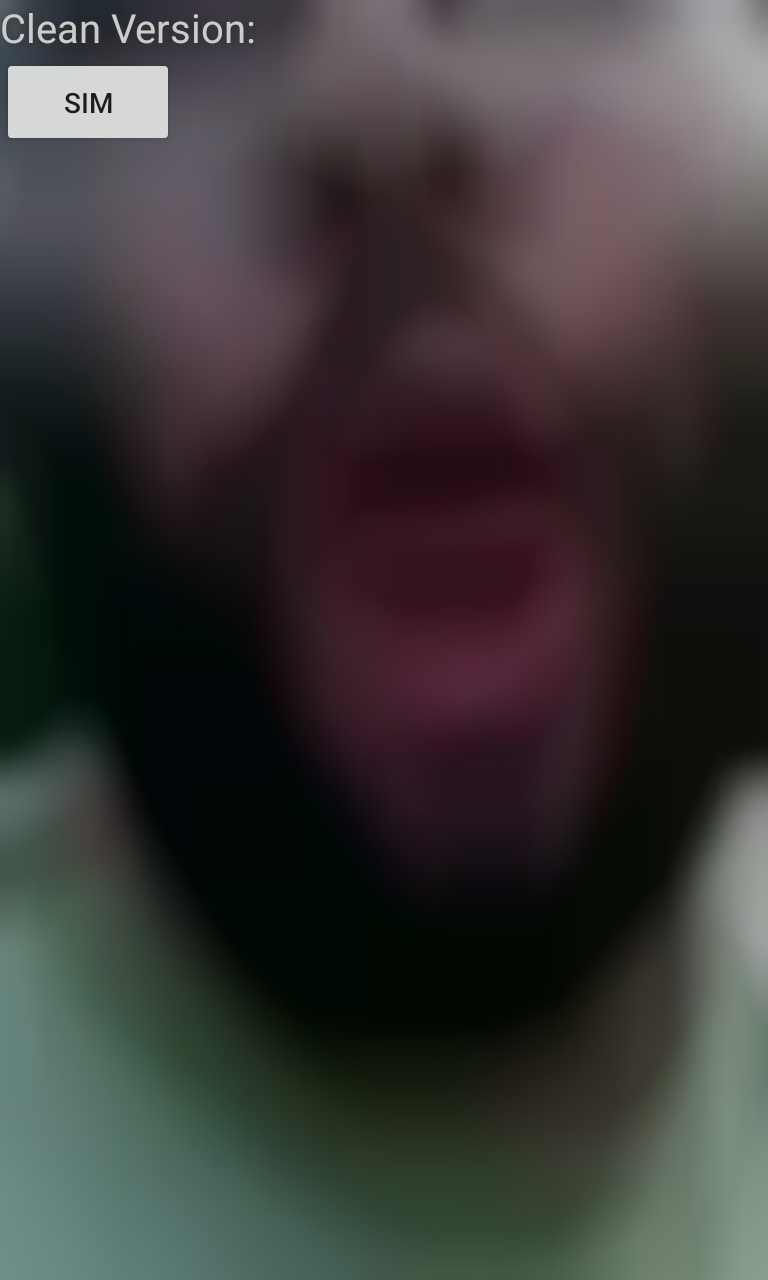
Repository: Cookahn/bioca_sounds
Layout: ChicoBiocaApp/res/layout/settings.xml
These files come from the project's save history. The layout is drawn as it stood at one moment and after the next save; the edit follows.
It is drawn on a 768 x 1280 px phone screen (xhdpi) without system bars, with theme AppTheme; the app's code is not run.

Above is the layout before, as saved 2014-08-13 03:04:16.

### ChicoBiocaApp/res/layout/settings.xml
<?xml version="1.0" encoding="utf-8"?>
<LinearLayout xmlns:android="http://schemas.android.com/apk/res/android"
    android:layout_width="match_parent"
    android:layout_height="match_parent"
    android:background="@drawable/backgroundtofuck"
    android:orientation="vertical" >

    <TextView
        android:layout_width="wrap_content"
        android:layout_height="wrap_content"
        android:shadowColor="#333"
        android:shadowDx="2"
        android:shadowDy="2"
        android:shadowRadius="6"
        android:text="@string/clean_version"
        android:textColor="#ccc"
        android:textSize="20sp" />

    <Button
        android:layout_width="wrap_content"
        android:layout_height="wrap_content"
        android:text="@string/sim"/>

</LinearLayout>

### ChicoBiocaApp/res/values/strings.xml
<?xml version="1.0" encoding="utf-8"?>
<resources>

    <string name="app_name">Chico Bioca Remix</string>
    <string name="are_you_ready">Está preparado para a melhor TRANSA da sua Vida?</string>
    <string name="action_settings">Settings</string>
    <string name="i_want_to_fuck">Quero Transá</string>
    <string name="suck_an_ass_and_pa">Chupe uns C# e Pá</string>
    <string name="clean_version">Clean Version:</string>
    <string name="sim">Sim</string>
    <string name="nao">Não</string>

    <!-- Bioca phrases -->
    <string name="i_want_to_know">Eu quero sabê</string>
    <string name="who_fuck">Quem é que transa</string>
    <string name="who_fuck_in_this_shit">Quem transa nessa porra</string>
    <string name="gluu">Gluuu</string>
    <string name="glooe">Gloooe</string>
    <string name="anal_sex">Sexo Anal</string>
    <string name="lh_smack">Lhlhlh smack</string>
    <string name="suck_an_ass">Chupá um cú</string>
    <string name="pa_and">Pá e sei que lá</string>
    <string name="have_sex">Transá mesmo</string>
    <string name="fuck_vagina">Comer vagina</string>
    <string name="everything">Tudo mais</string>
    <string name="i_dont_wanna_know">Quero nem saber nesse caraio</string>
    <string name="in_this_shit">Nessa porra</string>
    <string name="cool_tocacco">Um tabaco bem massa</string>
    <string name="for_us">Pra gente</string>
    <string name="pff">Pff</string>
    <string name="pff_pff">Pff Pfff</string>
    <string name="pff_pff_pff">Pf Pff Pfff</string>
    <string name="fuck_until">Fudê até o talo</string>
    <string name="aoe">Aeaoeaoeeae</string>

    <string-array name="phraseBioca">
        <item name="i_want_to_know">Quero sabê</item>
        <item name="who_fuck">Quem transa</item>
        <item name="who_fuck_in_this_shit">Transa nessa porra</item>
        <item name="gluu">Gluuu</item>
        <item name="glooe">Gloooe</item>
        <item name="anal_sex">Sexo Anal</item>
        <item name="lh_smack">Lhlhlh smack</item>
        <item name="suck_an_ass">Chupá um cú</item>
        <item name="pa_and">Sei que lá</item>
        <item name="have_sex">Transá mesmo</item>
        <item name="fuck_vagina">Comer vagina</item>
        <item name="everything">Tudo mais</item>
        <item name="i_dont_wanna_know">Quero nem sabê</item>
        <item name="in_this_shit">Nessa porra</item>
        <item name="cool_tocacco">Tabaco massa</item>
        <item name="for_us">Pra gente</item>
        <item name="pff">Pff</item>
   	    <item name="pff_pff">Pff Pfff</item>
        <item name="pff_pff_pff">Pf Pff Pfff</item>
        <item name="fuck_until">Fudê até</item>
        <item name="aoe">Aeaoe</item>
        <item name="aoe">Aeaoeaoeeae</item>

    </string-array>

</resources>

Loaded but not shown: ChicoBiocaApp/res/values/styles.xml (common file); ChicoBiocaApp/res/values-v11/styles.xml (common file); ChicoBiocaApp/res/values-v14/styles.xml (common file)

After the next save:
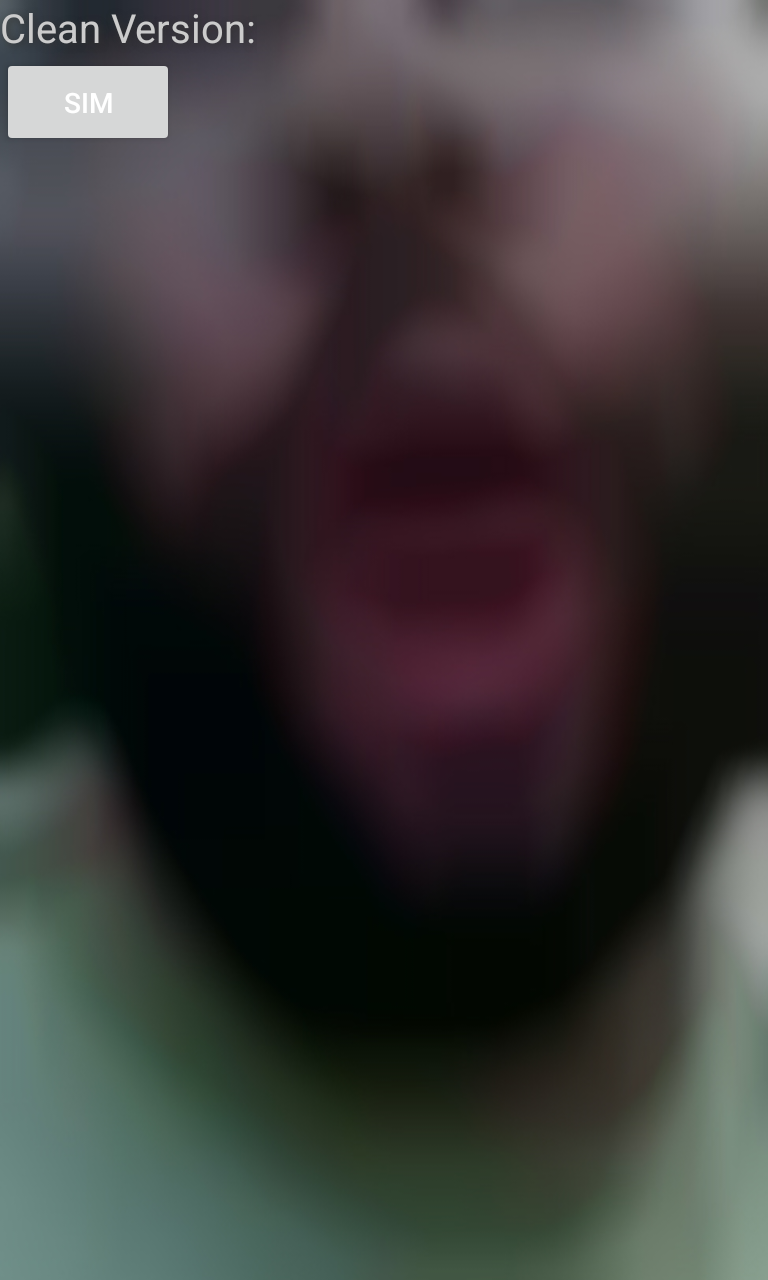
Saved 14 s later.
--- a/ChicoBiocaApp/res/layout/settings.xml
+++ b/ChicoBiocaApp/res/layout/settings.xml
@@ -19,6 +19,7 @@
     <Button
         android:layout_width="wrap_content"
         android:layout_height="wrap_content"
-        android:text="@string/sim"/>
+        android:text="@string/sim"
+        android:textColor="#fff"/>
 
 </LinearLayout>
